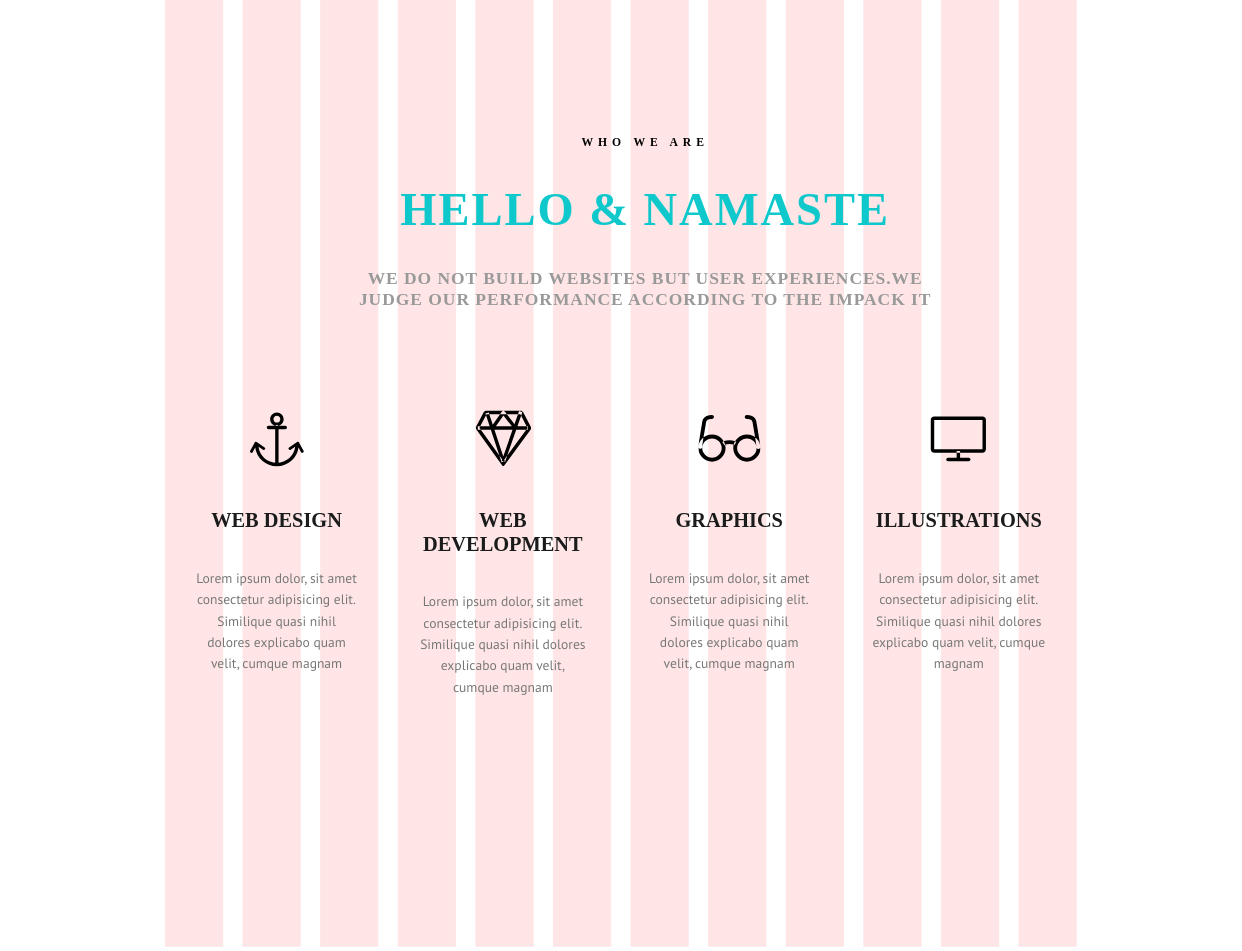
Repository: shpakovskaya/github.io
Page: boxsizing/namastegreen/index.html
The author's editor kept a copy of each file at every save. The page is drawn from the files as they stood at one save, then again after the next save.
The browser window is 1280 px wide. The pictures show the whole page, at 97% of full size.

Above is the page before, as saved 2021-11-24 17:11:40.

### boxsizing/namastegreen/index.html
<!DOCTYPE html>
<html lang="en">
  <head>
    <meta charset="UTF-8" />
    <meta http-equiv="X-UA-Compatible" content="IE=edge" />
    <meta name="viewport" content="width=device-width, initial-scale=1.0" />
    <title>namaste_green</title>
    <link
      rel="stylesheet"
      href="https://cdnjs.cloudflare.com/ajax/libs/normalize/8.0.1/normalize.min.css"
      integrity="sha512-NhSC1YmyruXifcj/KFRWoC561YpHpc5Jtzgvbuzx5VozKpWvQ+4nXhPdFgmx8xqexRcpAglTj9sIBWINXa8x5w=="
      crossorigin="anonymous"
      referrerpolicy="no-referrer"
    />
    <link
      rel="shortcut icon"
      href="./free-icon-sahasrara-5937794.ico"
      type="image/x-icon"
    />
    <!-- Fonts -->
    <link rel="stylesheet" href="./montserrat/Montserrat-Regular.ttf" />
    <link rel="stylesheet" href="./montserrat/Montserrat-Bold.ttf" />
    <link rel="preconnect" href="https://fonts.googleapis.com" />
    <link rel="preconnect" href="https://fonts.gstatic.com" crossorigin />
    <link
      href="https://fonts.googleapis.com/css2?family=PT+Sans&display=swap"
      rel="stylesheet"
    />
    <link rel="stylesheet" href="./style.css" />
  </head>
  <body>
    <!-- Background -->
    <div class="conteiner">
      <img
        src="./img/1b0eb2e9-f134-46c9-915e-629d914347aa (1).png"
        alt="background"
      />
      <!-- Header -->
      <header class="header conteiner">
        <header class="header__wrapper">
          <h5 class="e-header__one">WHO WE ARE</h5>
          <h2 class="e-header__two">HELLO & NAMASTE</h2>
          <h4 class="e-header__three">
            WE DO NOT BUILD WEBSITES BUT USER EXPERIENCES.WE
            <br />JUDGE OUR PERFORMANCE ACCORDING TO THE IMPACK IT
          </h4>
        </header>
      </header>
      <!-- Main content -->
      <div class="wrapper">
        <!-- Anchor item -->
        <div class="c-wrapper__anchor">
          <div class="e-wrapper__anchor">
            <svg
              version="1.2"
              baseprofile="tiny-ps"
              xmlns="http://www.w3.org/2000/svg"
              viewbox="0 0 69 74"
              width="64"
              height="64"
            >
              <path
                id="Anchor"
                class="shp0"
                d="M35 70.19C21.76 70.19 10.62 60.29 9.08 47.16C8.95 46.06 9.73 45.07 10.83 44.94C11.92 44.8 12.92 45.59 13.05 46.69C14.35 57.81 23.79 66.19 35 66.19C46.19 66.19 55.63 57.82 56.95 46.73C57.08 45.63 58.07 44.84 59.17 44.98C60.27 45.11 61.06 46.1 60.92 47.2C59.36 60.31 48.22 70.19 35 70.19ZM35 69.68C33.89 69.68 33 68.79 33 67.68L33 22.56C33 21.45 33.89 20.56 35 20.56C36.1 20.56 37 21.45 37 22.56L37 67.68C37 68.79 36.1 69.68 35 69.68ZM35.03 9.94C37.27 9.94 39.09 11.76 39.09 14C39.09 16.24 37.27 18.06 35.03 18.06C32.79 18.06 30.97 16.24 30.97 14C30.97 11.76 32.79 9.94 35.03 9.94M35.03 5.94C30.58 5.94 26.97 9.55 26.97 14C26.97 18.45 30.58 22.06 35.03 22.06C39.48 22.06 43.09 18.45 43.09 14C43.09 9.55 39.48 5.94 35.03 5.94L35.03 5.94ZM59.4 45.16L51.49 50.54C50.81 50.97 49.89 50.95 49.48 50.25L49.07 49.8C48.67 49.1 48.89 48.18 49.57 47.74L58.67 41.6C58.68 41.59 58.69 41.58 58.7 41.57L59.32 41.17C59.66 40.95 60.05 40.9 60.4 40.99C60.76 41.07 61.09 41.3 61.29 41.65L61.66 42.28C61.67 42.3 61.66 42.31 61.67 42.32L66.81 51.78C67.22 52.48 67 53.39 66.32 53.83L65.75 54.05C65.07 54.48 64.23 54.09 63.82 53.39L59.4 45.16ZM6.18 53.39C5.77 54.09 4.93 54.48 4.25 54.05L3.68 53.83C3 53.39 2.78 52.48 3.19 51.78L8.33 42.32C8.34 42.31 8.33 42.3 8.34 42.28L8.71 41.65C8.91 41.3 9.24 41.07 9.6 40.99C9.95 40.9 10.34 40.95 10.68 41.17L11.3 41.57C11.31 41.58 11.32 41.59 11.33 41.6L20.43 47.74C21.11 48.18 21.33 49.1 20.93 49.8L20.52 50.25C20.11 50.95 19.19 50.97 18.51 50.54L10.6 45.16L6.18 53.39ZM25 22L45 22C46.1 22 47 22.89 47 24C47 25.1 46.1 26 45 26L25 26C23.9 26 23 25.1 23 24C23 22.89 23.9 22 25 22Z"
              />
            </svg>
          </div>
          <div class="title">
            <h4 class="title__anchor">WEB DESIGN</h4>
          </div>
          <div class="text__anchor">
            <span
              >Lorem ipsum dolor, sit amet consectetur adipisicing elit.
              Similique quasi nihil dolores explicabo quam velit, cumque magnam
            </span>
          </div>
        </div>
        <!-- Diamond item -->
        <div class="c-wrapper__diamond">
          <div class="e-wrapper__diamond">
            <svg
              version="1.2"
              baseprofile="tiny-ps"
              xmlns="http://www.w3.org/2000/svg"
              viewbox="0 0 74 72"
              width="66"
              height="64"
            >
              <path
                id="Diamond"
                class="shp0"
                d="M57.75 7.98L66.06 23.88L37.94 62.17L10.27 23.59L18.57 7.98L57.75 7.98M58.17 3.98L18.17 3.98C17.07 3.98 15.74 4.77 15.23 5.75L6.51 22.14C5.99 23.11 6.09 24.63 6.73 25.53L36.74 67.35C37.06 67.8 37.49 68.03 37.91 68.03C38.34 68.03 38.76 67.81 39.09 67.36L69.58 25.85C70.23 24.96 70.35 23.44 69.84 22.47L61.09 5.75C60.58 4.78 59.27 3.98 58.17 3.98L58.17 3.98ZM66.42 25.98L8.42 25.98L8.42 21.98L66.42 21.98L66.42 25.98ZM36.02 63.61L17.27 7.11L21.06 5.85L39.81 62.35L36.02 63.61ZM39.96 63.18L36.18 61.86L56.28 4.32L60.06 5.64L39.96 63.18ZM27.14 25.12L23.86 22.83L36.39 4.83C36.76 4.31 37.35 3.99 37.98 3.97C38.59 3.98 39.22 4.24 39.61 4.75L53.08 22.08L49.92 24.54L38.12 9.35L27.14 25.12Z"
              />
            </svg>
          </div>
          <div class="title">
            <h4 class="title__diamond">WEB DEVELOPMENT</h4>
          </div>
          <div class="text__diamond">
            <span
              >Lorem ipsum dolor, sit amet consectetur adipisicing elit.
              Similique quasi nihil dolores explicabo quam velit, cumque magnam
            </span>
          </div>
        </div>
        <!-- Eyeglasses item -->
        <div class="c-wrapper__eyeglasses">
          <div class="e-wrapper__eyeglasses">
            <svg
              version="1.2"
              baseprofile="tiny-ps"
              xmlns="http://www.w3.org/2000/svg"
              viewbox="0 0 64 48"
              width="64"
              height="64"
            >
              <path
                id="Eyeglasses"
                class="shp0"
                d="M1.91 34.69C1.86 34.69 1.81 34.69 1.77 34.69C0.66 34.61 -0.17 33.65 -0.09 32.55C-0.03 31.68 3.03 12.72 3.54 9.66C3.59 9.37 3.62 9.06 3.67 8.73C4.06 5.65 4.79 -0.06 14.01 -0.06C15.12 -0.06 16.01 0.83 16.01 1.94C16.01 3.04 15.12 3.94 14.01 3.94C8.31 3.94 8.01 6.28 7.63 9.24C7.59 9.62 7.54 9.98 7.48 10.32C7.09 12.7 4.32 26.99 3.9 32.83C3.83 33.89 2.95 34.69 1.91 34.69ZM62.09 34.82C61.05 34.82 59.97 34.01 59.9 32.96C59.48 27.12 56.71 12.7 56.32 10.32C56.26 9.98 56.21 9.62 56.17 9.24C55.79 6.28 55.49 3.94 49.79 3.94C48.69 3.94 47.79 3.04 47.79 1.94C47.79 0.83 48.69 -0.06 49.79 -0.06C59.01 -0.06 59.74 5.65 60.13 8.73C60.18 9.06 60.21 9.37 60.26 9.66C60.77 12.72 64.03 31.81 64.09 32.67C64.17 33.78 63.34 34.73 62.23 34.81C62.19 34.82 62.14 34.82 62.09 34.82ZM14.08 24.02C19.58 24.02 24.04 28.48 24.04 33.98C24.04 39.47 19.58 43.94 14.08 43.94C8.57 43.94 3.92 39.38 3.92 33.98C3.92 28.58 8.57 24.02 14.08 24.02M14.08 20.02C6.37 20.02 -0.08 26.27 -0.08 33.98C-0.08 41.69 6.37 47.94 14.08 47.94C21.79 47.94 28.04 41.69 28.04 33.98C28.04 26.27 21.79 20.02 14.08 20.02L14.08 20.02ZM50.08 24.02C55.57 24.02 60.04 28.48 60.04 33.98C60.04 39.47 55.57 43.94 50.08 43.94C44.57 43.94 39.91 39.38 39.91 33.98C39.91 28.58 44.57 24.02 50.08 24.02M50.08 20.02C42.37 20.02 35.91 26.27 35.91 33.98C35.91 41.69 42.37 47.94 50.08 47.94C57.79 47.94 64.04 41.69 64.04 33.98C64.04 26.27 57.79 20.02 50.08 20.02L50.08 20.02ZM26.87 30.96L24.69 27.6C24.97 27.42 27.51 25.83 31.98 25.83C36.25 25.83 38.86 27.23 39.15 27.39L37.18 30.88C37.18 30.88 35.21 29.83 31.98 29.83C28.71 29.83 26.89 30.94 26.87 30.96Z"
              />
            </svg>
          </div>
          <div class="title">
            <h4 class="title__eyeglasses">GRAPHICS</h4>
          </div>
          <div class="text__eyeglasses">
            <span
              >Lorem ipsum dolor, sit amet consectetur adipisicing elit.
              Similique quasi nihil dolores explicabo quam velit, cumque magnam
            </span>
          </div>
        </div>
        <!-- Monitor item -->
        <div class="c-wrapper__monitor">
          <div class="e-wrapper__monitor">
            <svg
              version="1.2"
              baseprofile="tiny-ps"
              xmlns="http://www.w3.org/2000/svg"
              viewbox="0 0 72 65"
              width="64"
              height="64"
            >
              <path
                id="Monitor"
                class="shp0"
                d="M64 10.98L64 44.99L8 44.99L8 10.98L64 10.98M64 6.98L8 6.98C5.8 6.98 4 8.78 4 10.98L4 44.99C4 47.19 5.8 48.99 8 48.99L64 48.99C66.2 48.99 68 47.19 68 44.99L68 10.98C68 8.78 66.2 6.98 64 6.98L64 6.98ZM38 47L38 55L48 55C49.1 55 50 55.9 50 57C50 58.1 49.1 59 48 59L24 59C22.9 59 22 58.1 22 57C22 55.9 22.9 55 24 55L34 55L34 47L38 47Z"
              />
            </svg>
          </div>
          <div class="title">
            <h4 class="title__monitor">ILLUSTRATIONS</h4>
          </div>
          <div class="text__monitor">
            <span
              >Lorem ipsum dolor, sit amet consectetur adipisicing elit.
              Similique quasi nihil dolores explicabo quam velit, cumque magnam
            </span>
          </div>
        </div>
      </div>
    </div>
  </body>
</html>

### boxsizing/namastegreen/style.css
* {
  margin: 0;
  padding: 0;
  box-sizing: border-box;
}

.conteiner {
  max-width: 1280px;
  max-height: 976px;
  position: relative;
}

/* Header */
.header {
  position: absolute;
  top: 0px;
  left: 370px;
}

.header__wrapper {
  margin-top: 140px;
  text-align: center;
  /* display: flex;
  flex-direction: column; */
  /* justify-content: center; */
}
.e-header__one {
  font-size: 12px;
  font-family: "Montserrat";

  letter-spacing: 5px;
  margin-bottom: 34px;
}

.e-header__two {
  font-size: 48px;
  font-family: Montserrat regular;
  color: #0ec8cb;
  margin-bottom: 34px;
  letter-spacing: 2px;
}

.e-header__three {
  font-size: 18px;
  letter-spacing: 1px;
  color: #999999;
}

/* Items */
.wrapper {
  position: absolute;
  top: 420px;
  left: 170px;
  display: flex;
  flex-direction: row;
  text-align: center;
  max-width: 940px;
  min-height: 418px;
}

.e-wrapper__anchor {
  display: inline-block;
  align-content: center;
}

/* Title */
.title {
  color: #1b1b1b;
  margin: 36px;
  font-size: 21px;
  font-family: "Montserrat";
}

/* Text */
.text__diamond,
.text__anchor,
.text__eyeglasses,
.text__monitor {
  margin: 32px;
  color: #777777;
  font-size: 14px;
  line-height: 22px;
  font-family: "PT Sans";
  font-weight: 400;
}

/* Items hover */
#Anchor:hover {
  fill: white;
}

#Eyeglasses:hover {
  fill: white;
}
#Monitor:hover {
  fill: white;
}

#Diamond:hover {
  fill: white;
}

After the next save:
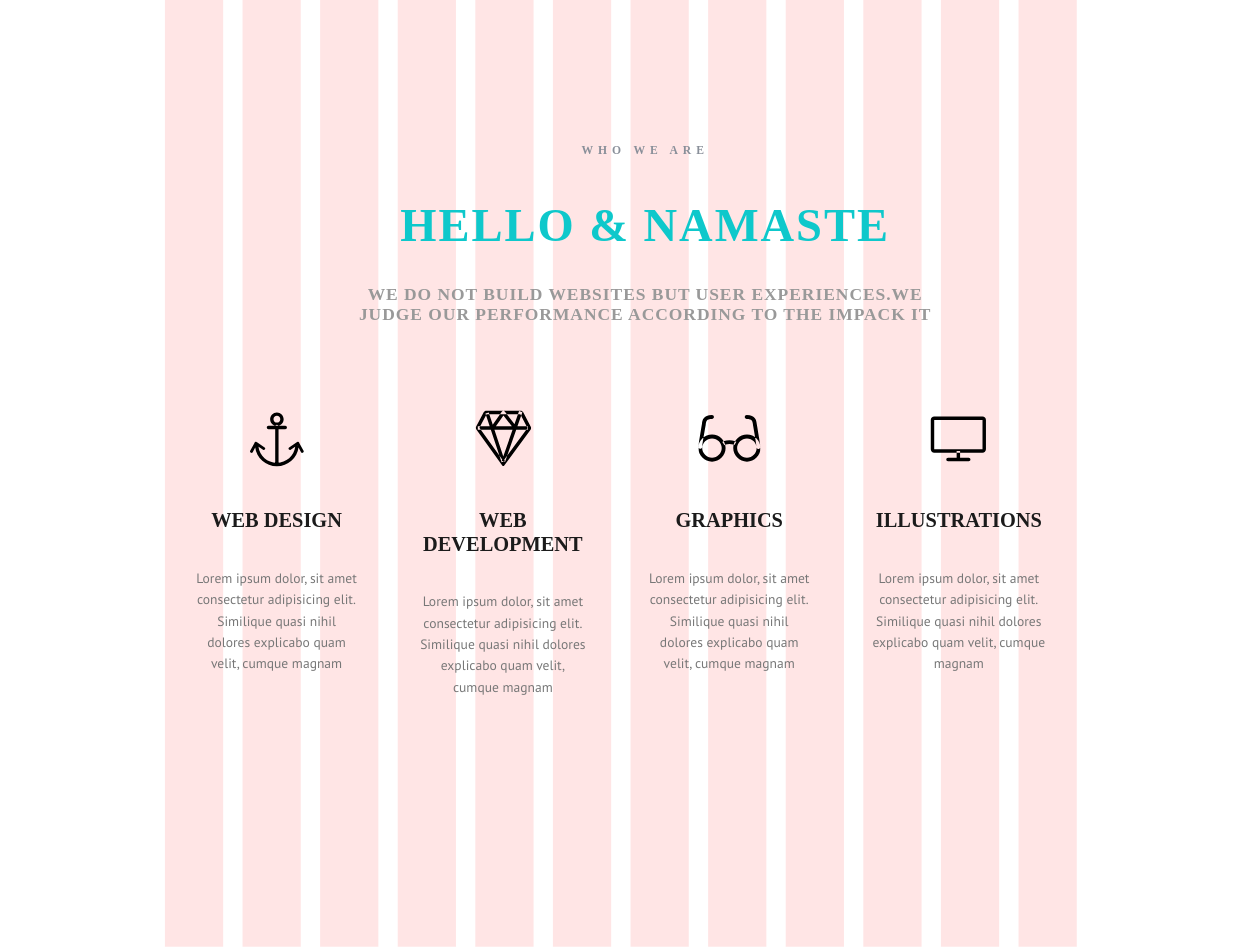
Saved 10 s later.
--- a/boxsizing/namastegreen/style.css
+++ b/boxsizing/namastegreen/style.css
@@ -27,7 +27,8 @@
 .e-header__one {
   font-size: 12px;
   font-family: "Montserrat";
-
+  line-height: 30px;
+  color: #898f99;
   letter-spacing: 5px;
   margin-bottom: 34px;
 }
